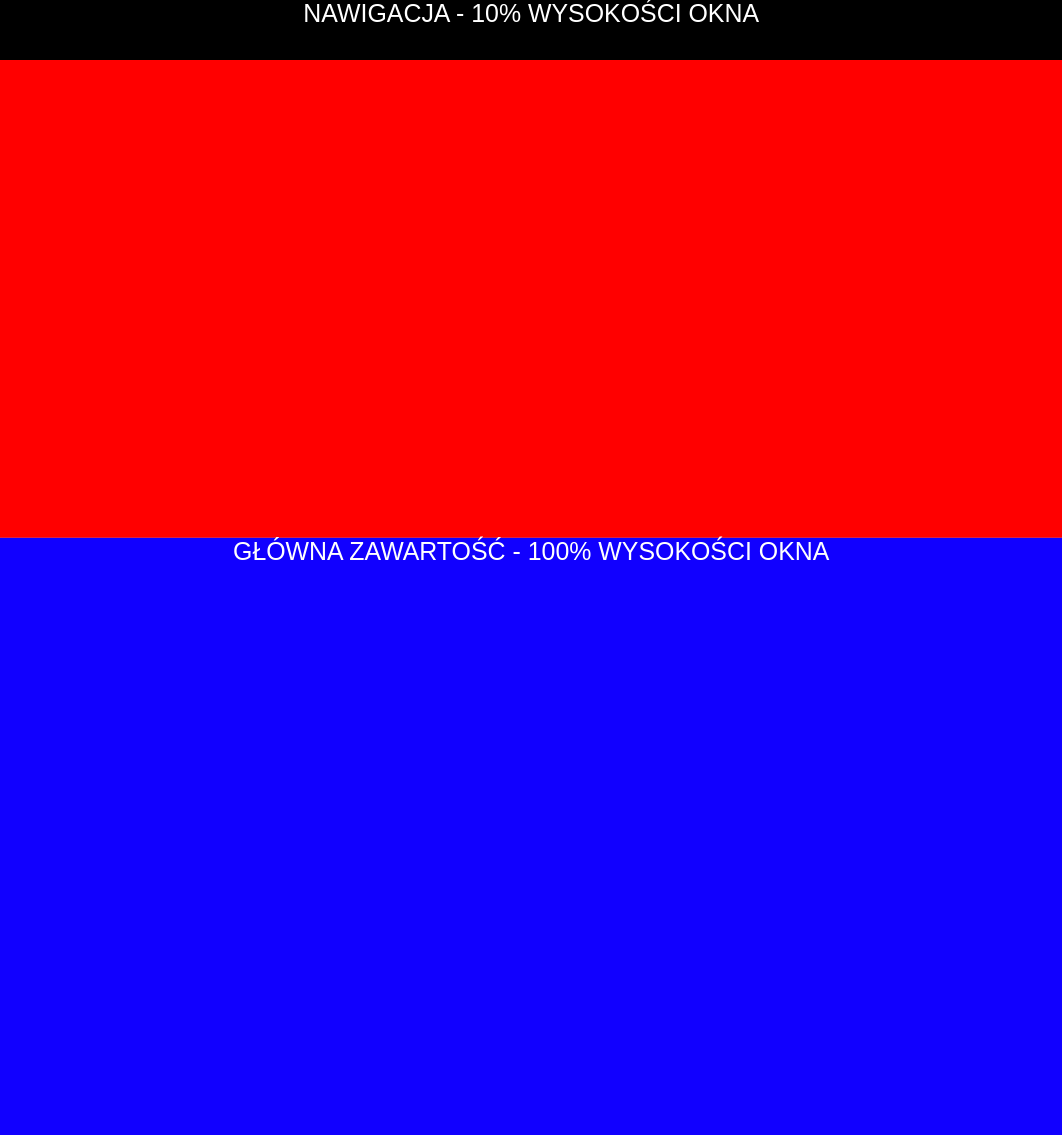
Repository: jasonj2333/advance_CSS
Page: 01-Header, Nav/start.html
An editor plug-in stored every save of this project. The page is shown before and after the next save, followed by the edit.
The browser window is 1280 px wide. The pictures show the whole page, at 83% of full size.

Above is the page before, as saved 2019-04-23 18:46:32.

### 01-Header, Nav/start.html
<!DOCTYPE html>
<html lang="pl">

<head>
    <meta charset="UTF-8">
    <title>Najeżdzanie na header, nav przypięty</title>
    <style>
        * {
            margin: 0;
            padding: 0;
            box-sizing: border-box;
        }

        html {
            text-align: center;
            color: white;
            font-size: 30px;
            text-transform: uppercase;
            font-family: arial;

        }

        nav {
            background-color: #000;
            height: 10vh;
            width: 100%;
            position: fixed;
        }

        header {
            background-color: rgb(255, 0, 0);
            top: 10vh;
            left: 0;
            height: 90vh;
            width: 100%;

        }

        main {
            height: 100vh;
            background-color: rgb(17, 0, 255);
        }
    </style>
</head>

<body>
    <nav>
        Nawigacja - 10% wysokości okna
    </nav>
    <header>
        Header - 90% wysokości okna
    </header>
    <main>
        Główna zawartość - 100% wysokości okna
    </main>
</body>

</html>

After the next save:
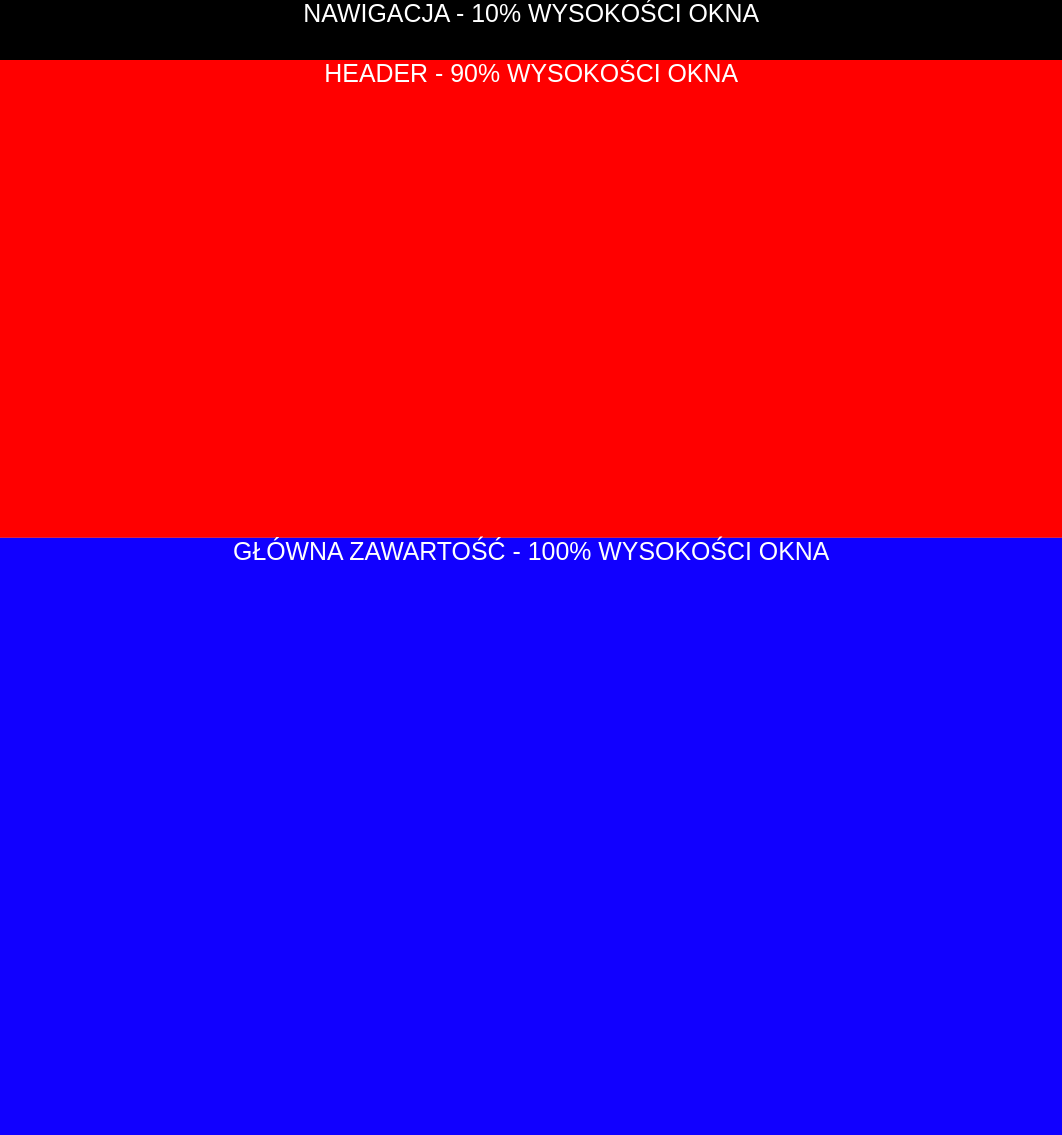
Saved 19 s later.
--- a/01-Header, Nav/start.html
+++ b/01-Header, Nav/start.html
@@ -29,7 +29,7 @@
 
         header {
             background-color: rgb(255, 0, 0);
-            top: 10vh;
+            padding-top: 10vh;
             left: 0;
             height: 90vh;
             width: 100%;
